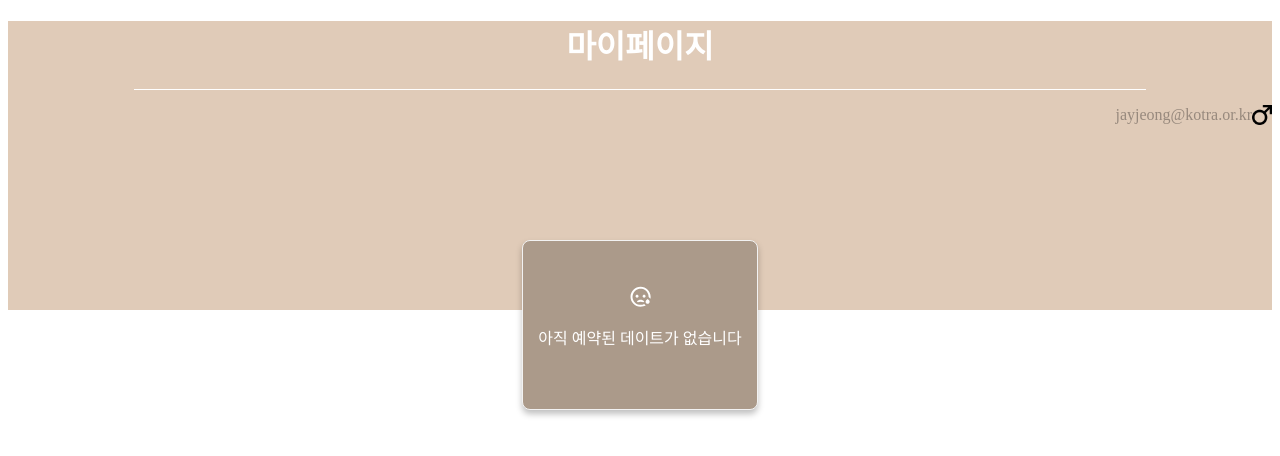
Repository: Jay-Jeong1988/speed_dating_pwa
Page: /booked_events
An editor plug-in stored every save of this project. The page is shown before and after a run of saves, followed by the edit.
The browser window is 1280 px wide. The pictures show the whole page.
The project was rebuilt for these pictures with package versions that can differ from the ones it lists, and the page was loaded fresh each time. Also part of the build but not shown: vue.config.js, src/views/LoginPage.vue, src/views/DashBoard.vue.

Above is the page before, as saved 2023-02-11 10:31:03.

### src/App.vue
<template>
  <router-view/>
</template>

<style>
#app {
  font-family: Avenir, Helvetica, Arial, sans-serif;
  -webkit-font-smoothing: antialiased;
  -moz-osx-font-smoothing: grayscale;
  text-align: center;
  color: #ffffff;
  background-color: #E0CBB8;
  font-family: Battambang;
}

nav {
  padding: 30px;
}

nav a {
  font-weight: bold;
  color: #2c3e50;
}

nav a.router-link-exact-active {
  color: #42b983;
}

ul {
  list-style-type: none;
}
</style>

### src/router/index.js
import { createRouter, createWebHistory } from 'vue-router'
import LoginPage from '../views/LoginPage.vue'
import DashBoard from '../views/DashBoard.vue'
import BookedEventsPage from '../views/BookedEventsPage.vue'

const routes = [
  {
    path: '/',
    name: 'loginPage',
    component: LoginPage
  },
  {
    path: '/dashboard',
    name: 'dashBoard',
    component: DashBoard
  },
  {
    path: '/booked_events',
    name: 'Booked_events_page',
    component: BookedEventsPage
  }
]

const router = createRouter({
  history: createWebHistory(process.env.BASE_URL),
  routes
})

export default router

### src/views/BookedEventsPage.vue
<template>
    <div class="BookedEventsPage">
      <Header></Header>
      <div class="menuContainer" v-if="booked_events.length">
        <div class="reservation-type">내 예약</div>
        <ul class="menus" v-for="event in booked_events" :key="event.id">
            <li >
              <div class="reservation">
                <div class="reservation-card">
                  <p>일정 {{ event.date }} {{  event.time }}</p>
                  <p>장소 {{ event.branch }}</p>
                </div>
              </div>
            </li>
        </ul>
      </div>
      <NoReservationCard v-else></NoReservationCard>
    </div>
  </template>
  <script>
  import NoReservationCard from '../components/no_reservation_card.vue'
  import Header from '../components/header.vue'
  import events from '../assets/test_data/events.json'
  export default {
    name: 'Booked_events_page',
    props: {

    },
    data() {
      return {
        booked_events: [],
        finished_events: []
      }
    },
    methods: {
    },
    components: { Header, NoReservationCard },
    mounted() {
      this.finished_events.push("3")
      let self = this
      events.forEach((item)=>{

        if(item.isOver){

        console.log(self.finished_events)
        }else {

        }
      })
    }
  }

  </script>

  <!-- Add "scoped" attribute to limit CSS to this component only -->
  <style scoped lang="scss">
    .reservation-type {
      width: 300px;
      height: 34px;
      background: #AB9A8A;
      border-radius: 8px;
      margin-bottom: 20px;
    }
    .reservation-card {
      box-sizing: border-box;
      width: 300px;
      height: 100px;
      background: #E0CBB8;
      border: 1px solid #FFFFFF;
      box-shadow: 0px 4px 6px rgba(0, 0, 0, 0.25);
      border-radius: 8px;
    }
  </style>

### src/components/header.vue
<template>
     <div class="page-header">
        <h1 class="title">마이페이지</h1>
      </div>
      <div class="userInfo">
        <p id="emailAddress">jayjeong@kotra.or.kr</p>
        <img id="gender-icon" src="../assets/images/gender-male.png"/>
      </div>
</template>
<script>
    export default {
        name: 'Header_component',
        data() {
            return {}
        }
    }
</script>
<style scoped lang="scss">
    .page-header {
        width: 80%;
        margin: auto;
        border-bottom: 1px solid #fff;
    }
    .userInfo {
        display: flex;
        justify-content: flex-end;
        align-items: center;
        color: #97897D;
        #gender-icon {
            width: 20px;
            height: 20px;
        }
    }
</style>

### src/components/no_reservation_card.vue
<template>
    <div class="no-appointment-card">
      <img id="no-reservation-icon" src="../assets/images/no_appointment.svg"/>
      <p>아직 예약된 데이트가 없습니다</p>
    </div>
</template>
<script>
export default {
  name: 'no_appointment_card',
  props: {

  },
  data() {
    return {
    }
  },
  methods: {
  }
}
</script>

<!-- Add "scoped" attribute to limit CSS to this component only -->
<style scoped lang="scss">
.no-appointment-card {
    box-sizing: border-box;
    width: 236px;
    height: 170px;
    background: #AB9A8A;
    border: 0.845px solid #F2F2F2;
    box-shadow: 0px 4px 6px rgba(0, 0, 0, 0.25);
    border-radius: 8px;
    display: flex;
    flex-direction: column;
    justify-content: center;
    align-items: center;
    position: relative;
    margin: auto;
    top: 100px;
    #no-reservation-icon {
        width: 25px;
        height: 25px;
    }
}
</style>

### src/assets/test_data/events.json
[
    {
        "id": 0,
        "date": "Mon, Feb 2, 2023",
        "time": "14:00",
        "branch": "세종점",
        "party_size": 20,
        "price": 100000,
        "attendees": [],
        "isOver": true
    },
    {
        "id": 0,
        "date": "Mon, Feb 2, 2023",
        "time": "14:00",
        "branch": "부산점",
        "party_size": 20,
        "price": 100000,
        "attendees": [],
        "isOver": false
    },
    {
        "id": 0,
        "date": "Mon, Feb 2, 2023",
        "time": "14:00",
        "branch": "강남점",
        "party_size": 20,
        "price": 100000,
        "attendees": [],
        "isOver": false
    }
]

Loaded but not shown: public/index.html (common file); src/main.js (common file); src/registerServiceWorker.js (common file)

After the next 5 saves:
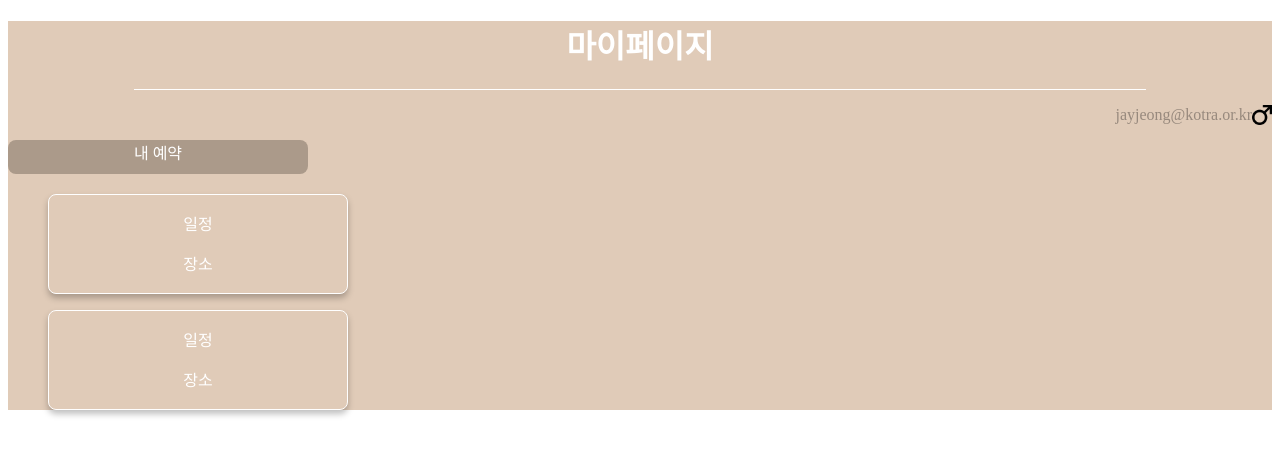
The 5 saves are shown as one change because 3 did not build or start and some came seconds apart.
The last was saved 8 min 22 s later.
--- a/src/views/BookedEventsPage.vue
+++ b/src/views/BookedEventsPage.vue
@@ -39,12 +39,11 @@
       this.finished_events.push("3")
       let self = this
       events.forEach((item)=>{
-
         if(item.isOver){
 
         console.log(self.finished_events)
         }else {
-
+          this.booked_events.push("2")
         }
       })
     }

After the save that followed:
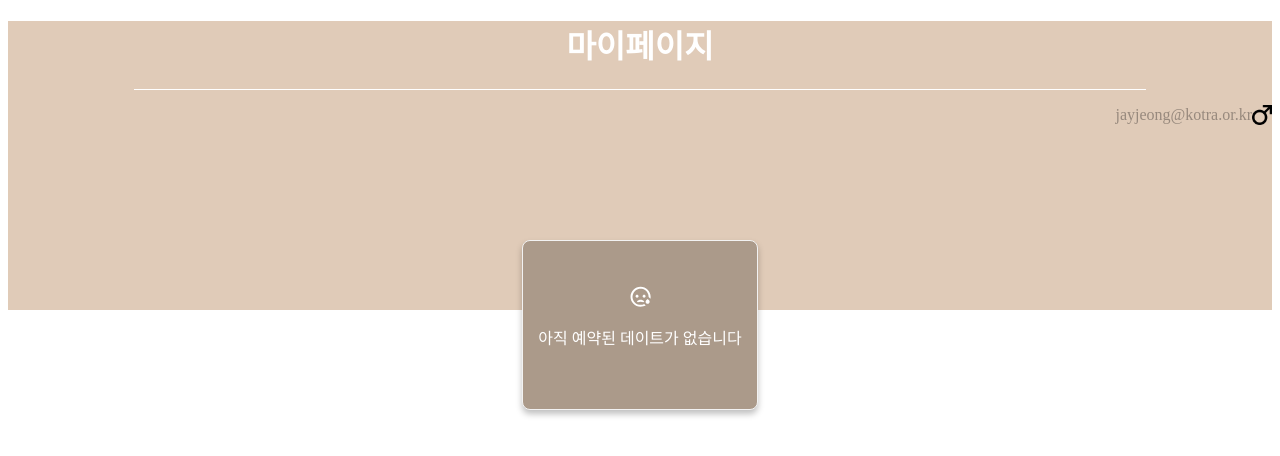
Saved 5 s later.
--- a/src/views/BookedEventsPage.vue
+++ b/src/views/BookedEventsPage.vue
@@ -43,7 +43,7 @@
 
         console.log(self.finished_events)
         }else {
-          this.booked_events.push("2")
+console.log("hi")
         }
       })
     }
